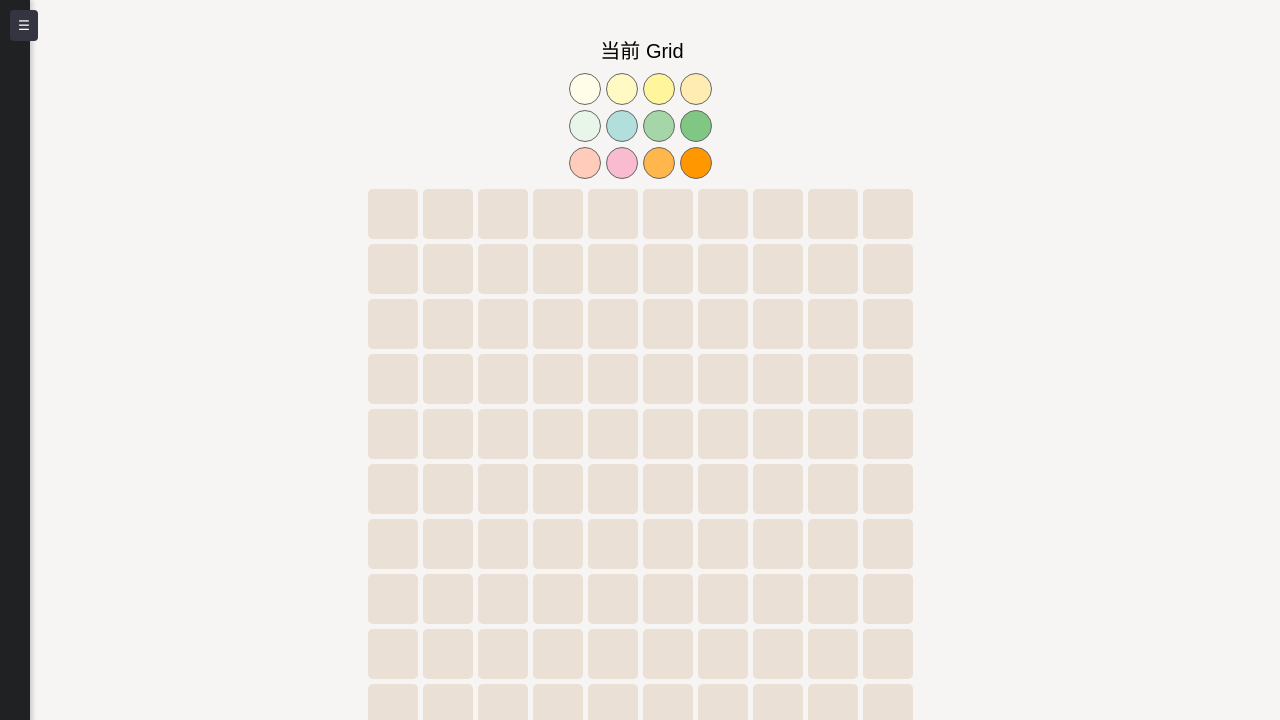
Repository: JemmaUZH/100-Hours
Page: index.html
The author's editor kept a copy of each file at every save. The page is drawn from the files as they stood at one save, then again after the next save.
The browser window is 1280 px wide. The pictures show the whole page.

Above is the page before, as saved 2025-02-26 16:28:00.

### index.html
<!DOCTYPE html>
<html lang="zh">
<head>
  <meta charset="UTF-8">
  <meta name="viewport" content="width=device-width, initial-scale=1.0">
  <title>艺术色彩填充格子</title>
  <link rel="stylesheet" href="css/styles.css">
</head>
<body>
  <!-- 切换侧边栏按钮 -->
  <button class="toggle-btn" id="toggleBtn">☰</button>

  <!-- 侧边栏：显示已保存的 Grid 列表 -->
  <div class="sidebar" id="sidebar">
    <h2>存储的 Grid</h2>
    <div id="gridList"></div>
    <input type="text" id="newGridName" placeholder="输入 Grid 名称">
    <button id="saveGridBtn">保存当前 Grid</button>
  </div>

  <!-- 主内容区域：网格标题、颜色选择器和绘图网格 -->
  <div class="grid-container" id="gridContainer">
    <h2 class="grid-title">
      <input type="text" id="gridTitle" value="当前 Grid">
    </h2>
    <div class="color-picker" id="colorPicker"></div>
    <div class="grid" id="grid"></div>
  </div>

  <!-- 按正确顺序加载 JS 模块 -->
  <script src="js/colorPicker.js"></script>
  <script src="js/gridManager.js"></script>
  <script src="js/main.js"></script>
</body>
</html>

### css/styles.css
body {
    display: flex;
    height: 100vh;
    background-color: #f6f5f3;
    margin: 0;
    font-family: Arial, sans-serif;
    overflow: hidden;
  }

  /* 侧边栏 */
  .sidebar {
    position: fixed;
    top: 0;
    left: 0;
    width: 250px;
    height: 100vh;
    background-color: #202123;
    color: #fff;
    padding: 20px;
    transform: translateX(-260px);
    transition: transform 0.3s ease-in-out;
    box-shadow: 2px 0 5px rgba(0, 0, 0, 0.2);
  }

  .sidebar.open {
    transform: translateX(0);
  }

  /* 切换侧边栏按钮 */
  .toggle-btn {
    position: fixed;
    left: 10px;
    top: 10px;
    background: #343541;
    color: #fff;
    border: none;
    padding: 8px;
    cursor: pointer;
    border-radius: 4px;
    z-index: 1000;
  }

  /* 主内容区域 */
  .grid-container {
    flex: 1;
    display: flex;
    flex-direction: column;
    align-items: center;
    padding: 20px;
    overflow: auto;
    width: 100%;
  }

  /* 网格标题 */
  .grid-title {
    font-size: 20px;
    margin-bottom: 10px;
    text-align: center;
  }

  .grid-title input {
    font-size: 20px;
    border: none;
    text-align: center;
    background: none;
    outline: none;
    width: 100%;
  }

  /* 颜色选择器 */
  .color-picker {
    display: grid;
    grid-template-columns: repeat(4, 1fr);
    gap: 5px;
    margin-bottom: 10px;
  }

  .color-picker div {
    width: 30px;
    height: 30px;
    border-radius: 50%;
    cursor: pointer;
    border: 1px solid #666;
  }

  /* 网格 */
  .grid {
    display: grid;
    grid-template-columns: repeat(10, 50px);
    grid-template-rows: repeat(10, 50px);
    gap: 5px;
  }

  .cell {
    width: 50px;
    height: 50px;
    background-color: #eae0d5;
    border-radius: 5px;
    transition: background-color 0.3s;
    cursor: pointer;
  }

  /* 可选：侧边栏列表项样式 */
  .grid-item {
    margin-bottom: 5px;
    cursor: pointer;
    padding: 3px;
    border-bottom: 1px solid #444;
  }

### js/colorPicker.js
// 定义三组颜色，每组 4 个，按从浅到深排列
const yellowColors = ["#FFFDE7", "#FFF9C4", "#FFF59D", "#FFECB3"];
const greenColors  = ["#E8F5E9", "#B2DFDB", "#A5D6A7", "#81C784"];
const redColors    = ["#FFCCBC", "#F8BBD0", "#FFB74D", "#FF9800"];

// 合并成一个 12 个颜色的数组，顺序：第一行黄色系，第二行绿色系，第三行红色系
const colors = [...yellowColors, ...greenColors, ...redColors];
  /**
   * 初始化颜色选择器，将所有颜色选项添加到页面上
   */
  function initColorPicker() {
    const colorPicker = document.getElementById("colorPicker");
    colors.forEach(color => {
      const colorDiv = document.createElement("div");
      colorDiv.style.background = color;
      // 点击后设置全局 CSS 变量，用于更新选中颜色
      colorDiv.addEventListener("click", () => {
        document.documentElement.style.setProperty('--selected-color', color);
      });
      colorPicker.appendChild(colorDiv);
    });
  }

  // 设置默认选中颜色（使用第一个颜色）
  document.documentElement.style.setProperty('--selected-color', colors[0]);

### js/gridManager.js
/**
 * 初始化 10x10 网格，并为每个格子绑定点击事件
 */
function initGrid() {
    const grid = document.getElementById("grid");
    for (let i = 0; i < 100; i++) {
      const cell = document.createElement("div");
      cell.classList.add("cell");
      // 点击时将格子的背景色更新为当前选中的颜色
      cell.addEventListener("click", () => {
        cell.style.backgroundColor = getComputedStyle(document.documentElement).getPropertyValue('--selected-color');
      });
      grid.appendChild(cell);
    }
  }

  /**
   * 保存当前 Grid 状态到 localStorage
   */
  function saveCurrentGrid() {
    const gridTitleInput = document.getElementById("gridTitle");
    let gridName = gridTitleInput.value.trim() || "Unnamed Grid";
    const cells = document.querySelectorAll(".cell");
    const cellColors = Array.from(cells).map(cell => cell.style.backgroundColor || "");
    localStorage.setItem("grid_" + gridName, JSON.stringify(cellColors));
    alert("Grid 已保存: " + gridName);
    updateGridList();
  }

  /**
   * 更新侧边栏中保存的 Grid 列表
   */
  function updateGridList() {
    const gridList = document.getElementById("gridList");
    gridList.innerHTML = "";
    for (let i = 0; i < localStorage.length; i++) {
      const key = localStorage.key(i);
      if (key.startsWith("grid_")) {
        const gridName = key.substring(5);
        const gridItem = document.createElement("div");
        gridItem.textContent = gridName;
        gridItem.classList.add("grid-item");
        // 点击列表项加载对应的 Grid
        gridItem.addEventListener("click", () => {
          loadGrid(gridName);
        });
        gridList.appendChild(gridItem);
      }
    }
  }

  /**
   * 根据保存的状态加载 Grid
   */
  function loadGrid(gridName) {
    const cellColors = JSON.parse(localStorage.getItem("grid_" + gridName));
    if (cellColors) {
      const cells = document.querySelectorAll(".cell");
      cells.forEach((cell, index) => {
        cell.style.backgroundColor = cellColors[index] || "#eae0d5";
      });
      document.getElementById("gridTitle").value = gridName;
    }
  }

### js/main.js
document.addEventListener("DOMContentLoaded", () => {
    // 初始化颜色选择器和网格
    initColorPicker();
    initGrid();
    updateGridList();

    // 绑定侧边栏切换事件
    document.getElementById("toggleBtn").addEventListener("click", toggleSidebar);

    // 绑定保存按钮事件
    document.getElementById("saveGridBtn").addEventListener("click", saveCurrentGrid);

    // 当窗口大小改变时，让主区域滚动到顶部
    window.addEventListener('resize', () => {
      document.getElementById("gridContainer").scrollTop = 0;
    });
  });

  /**
   * 切换侧边栏的显示状态
   */
  function toggleSidebar() {
    document.getElementById("sidebar").classList.toggle("open");
  }

After the next save:
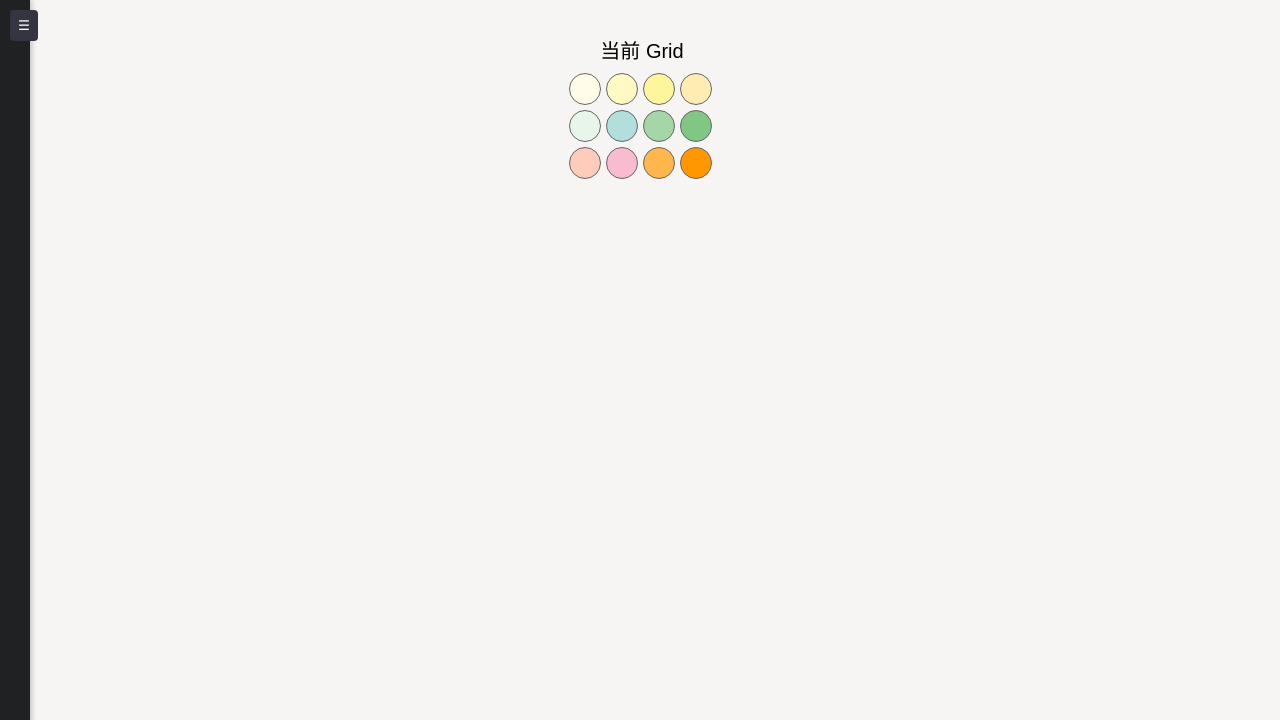
Console error: SyntaxError: Invalid or unexpected token
Saved 2 min 21 s later.
--- a/js/gridManager.js
+++ b/js/gridManager.js
@@ -6,10 +6,16 @@
     for (let i = 0; i < 100; i++) {
       const cell = document.createElement("div");
       cell.classList.add("cell");
-      // 点击时将格子的背景色更新为当前选中的颜色
+
+      // 单击：设置为当前选中的颜色
       cell.addEventListener("click", () => {
         cell.style.backgroundColor = getComputedStyle(document.documentElement).getPropertyValue('--selected-color');
       });
+
+        // 双击：清除颜色
+        cell.addEventListener("dblclick", () => {
+            cell.style.backgroundColor = “#eae0d5”;
+            });
       grid.appendChild(cell);
     }
   }

After the save that followed:
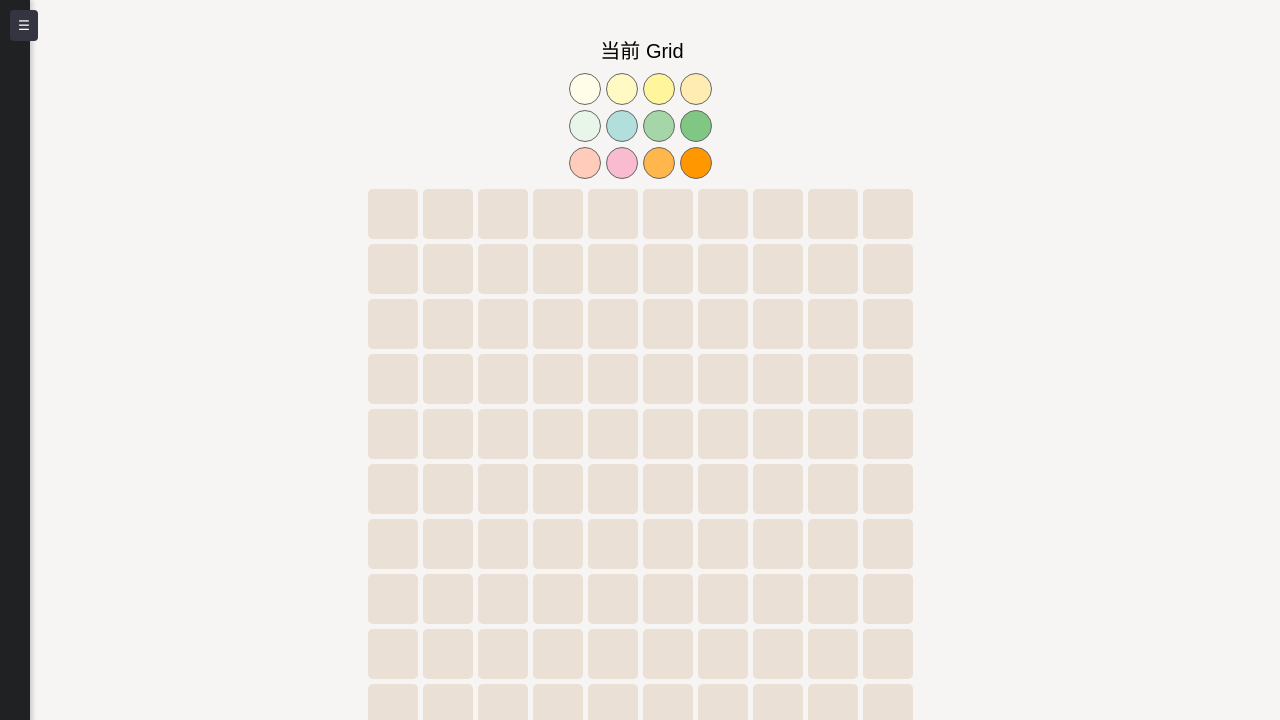
The error is gone.
Saved 16 s later.
--- a/js/gridManager.js
+++ b/js/gridManager.js
@@ -4,19 +4,19 @@
 function initGrid() {
     const grid = document.getElementById("grid");
     for (let i = 0; i < 100; i++) {
-      const cell = document.createElement("div");
-      cell.classList.add("cell");
+        const cell = document.createElement("div");
+        cell.classList.add("cell");
 
-      // 单击：设置为当前选中的颜色
-      cell.addEventListener("click", () => {
-        cell.style.backgroundColor = getComputedStyle(document.documentElement).getPropertyValue('--selected-color');
-      });
+        // 单击：设置为当前选中的颜色
+        cell.addEventListener("click", () => {
+            cell.style.backgroundColor = getComputedStyle(document.documentElement).getPropertyValue('--selected-color');
+        });
 
-        // 双击：清除颜色
-        cell.addEventListener("dblclick", () => {
-            cell.style.backgroundColor = “#eae0d5”;
-            });
-      grid.appendChild(cell);
+            // 双击：清除颜色
+            cell.addEventListener("dblclick", () => {
+                    cell.style.backgroundColor = "#eae0d5";
+                    });
+        grid.appendChild(cell);
     }
   }
 
